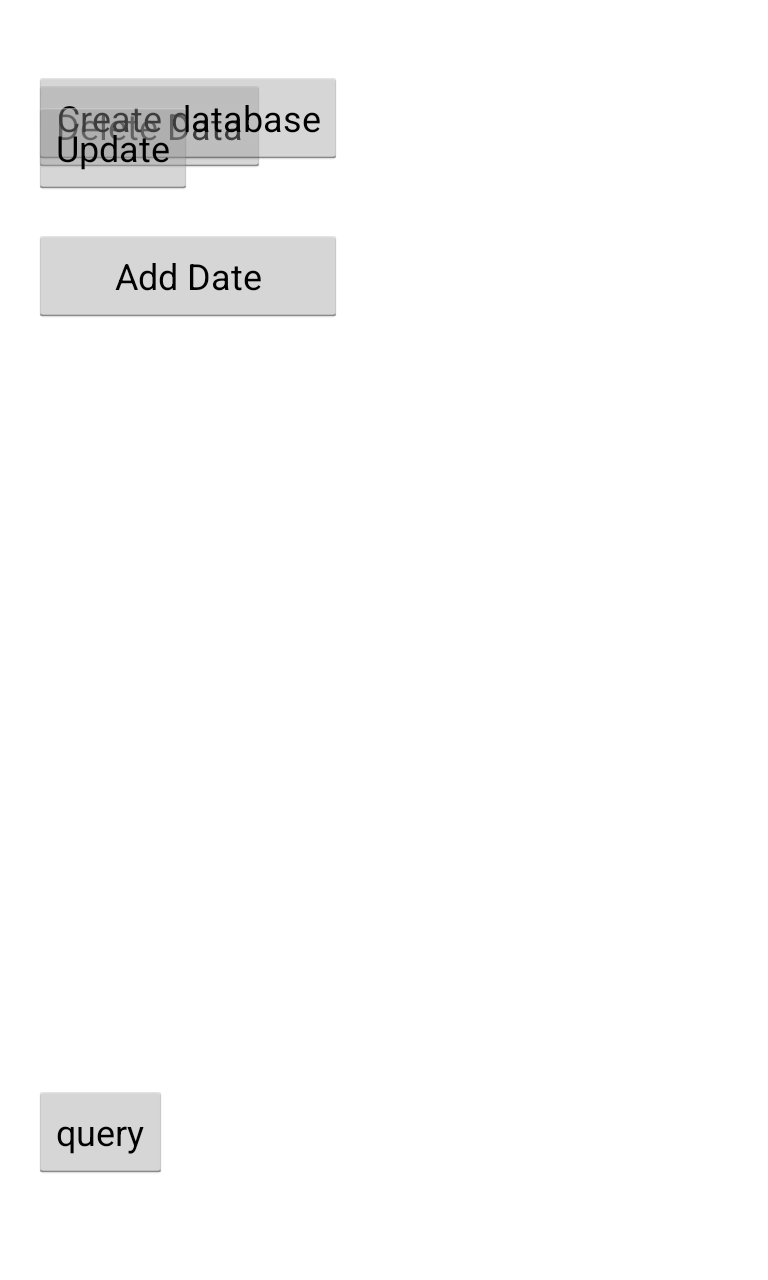
Repository: superlikex/Android_task
Layout: DatabaseTest/res/layout/activity_main.xml
These files come from the project's save history. The layout is drawn as it stood at one moment and after a run of saves; the edit follows.
It is drawn on a 768 x 1280 px phone screen (xhdpi) without system bars, with theme AppTheme; the app's code is not run.

Above is the layout before, as saved 2015-12-06 06:19:49.

### DatabaseTest/res/layout/activity_main.xml
<RelativeLayout xmlns:android="http://schemas.android.com/apk/res/android"
    xmlns:tools="http://schemas.android.com/tools"
    android:layout_width="match_parent"
    android:layout_height="match_parent"
    android:paddingBottom="@dimen/activity_vertical_margin"
    android:paddingLeft="@dimen/activity_horizontal_margin"
    android:paddingRight="@dimen/activity_horizontal_margin"
    android:paddingTop="@dimen/activity_vertical_margin"
    tools:context="com.example.databasetest.MainActivity" >


    <Button
        android:id="@+id/bt_add"
        android:layout_width="wrap_content"
        android:layout_height="wrap_content"
        android:layout_alignLeft="@+id/create_database"
        android:layout_alignRight="@+id/create_database"
        android:layout_below="@+id/create_database"
        android:layout_marginTop="31dp"
        android:text="Add Date" />

    <Button
        android:id="@+id/bt_delete"
        android:layout_width="wrap_content"
        android:layout_height="wrap_content"
        android:layout_alignLeft="@+id/add_data"
        android:layout_alignRight="@+id/add_data"
        android:layout_below="@+id/add_data"
        android:layout_marginTop="23dp"
        android:text="Delete Data" />

    <Button
        android:id="@+id/create_database"
        android:layout_width="wrap_content"
        android:layout_height="wrap_content"
        android:layout_alignLeft="@+id/textView1"
        android:layout_below="@+id/textView1"
        android:layout_marginTop="19dp"
        android:text="Create database" />

    <Button
        android:id="@+id/bt_update"
        android:layout_width="wrap_content"
        android:layout_height="wrap_content"
        android:layout_alignLeft="@+id/button1"
        android:layout_alignRight="@+id/button1"
        android:layout_below="@+id/button1"
        android:layout_marginTop="34dp"
        android:text="Update" />

    <Button
        android:id="@+id/bt_query"
        android:layout_width="wrap_content"
        android:layout_height="wrap_content"
        android:layout_alignLeft="@+id/button2"
        android:layout_alignParentBottom="true"
        android:layout_alignRight="@+id/button2"
        android:layout_marginBottom="34dp"
        android:text="query" />

</RelativeLayout>

Loaded but not shown: DatabaseTest/res/values/styles.xml (common file); DatabaseTest/res/values-v11/styles.xml (common file); DatabaseTest/res/values-v14/styles.xml (common file); DatabaseTest/res/values/dimens.xml (common file); DatabaseTest/res/values-w820dp/dimens.xml (common file)

After the next 2 saves:
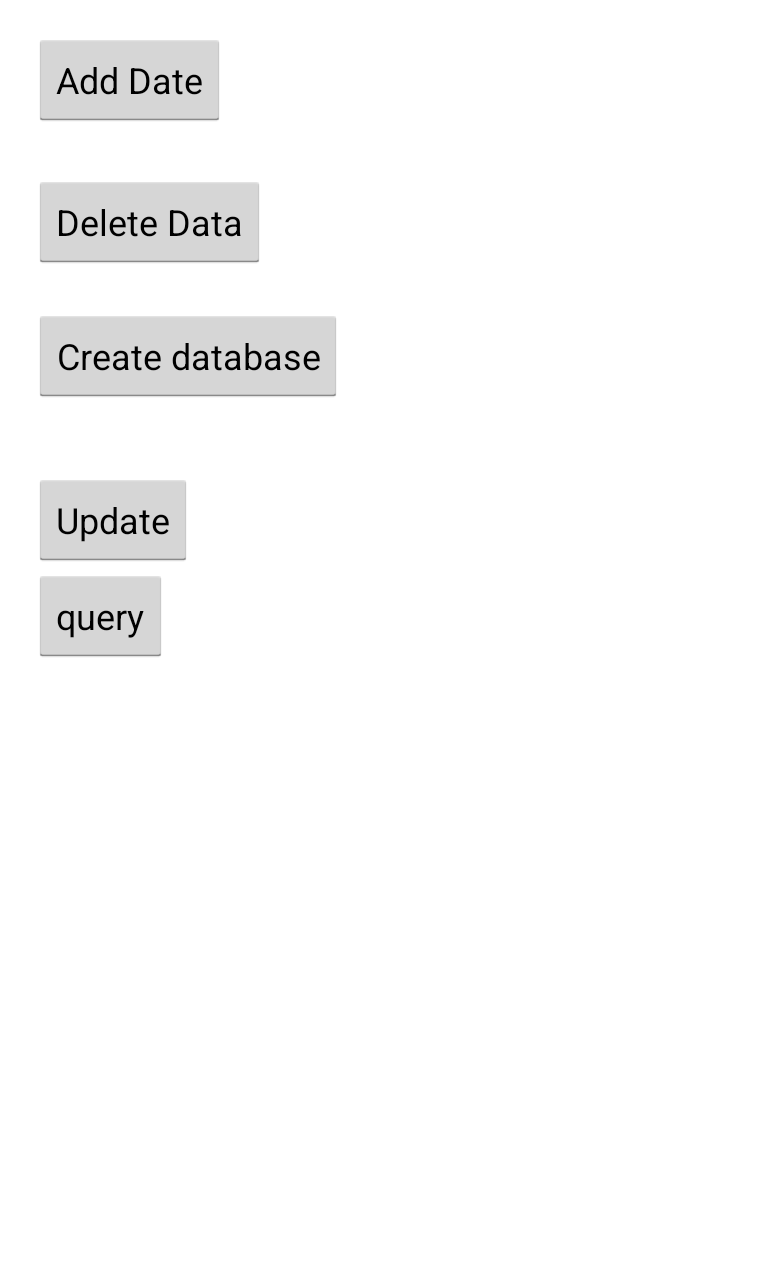
The 2 saves are shown as one change because 1 did not build or start.
The last was saved 92 s later.
--- a/DatabaseTest/res/layout/activity_main.xml
+++ b/DatabaseTest/res/layout/activity_main.xml
@@ -1,7 +1,8 @@
-<RelativeLayout xmlns:android="http://schemas.android.com/apk/res/android"
+<LinearLayout xmlns:android="http://schemas.android.com/apk/res/android"
     xmlns:tools="http://schemas.android.com/tools"
     android:layout_width="match_parent"
     android:layout_height="match_parent"
+    android:orientation="vertical"
     android:paddingBottom="@dimen/activity_vertical_margin"
     android:paddingLeft="@dimen/activity_horizontal_margin"
     android:paddingRight="@dimen/activity_horizontal_margin"
@@ -13,19 +14,15 @@
         android:id="@+id/bt_add"
         android:layout_width="wrap_content"
         android:layout_height="wrap_content"
-        android:layout_alignLeft="@+id/create_database"
-        android:layout_alignRight="@+id/create_database"
-        android:layout_below="@+id/create_database"
-        android:layout_marginTop="31dp"
+
+
         android:text="Add Date" />
 
     <Button
         android:id="@+id/bt_delete"
         android:layout_width="wrap_content"
         android:layout_height="wrap_content"
-        android:layout_alignLeft="@+id/add_data"
-        android:layout_alignRight="@+id/add_data"
-        android:layout_below="@+id/add_data"
+
         android:layout_marginTop="23dp"
         android:text="Delete Data" />
 
@@ -33,8 +30,7 @@
         android:id="@+id/create_database"
         android:layout_width="wrap_content"
         android:layout_height="wrap_content"
-        android:layout_alignLeft="@+id/textView1"
-        android:layout_below="@+id/textView1"
+
         android:layout_marginTop="19dp"
         android:text="Create database" />
 
@@ -42,9 +38,7 @@
         android:id="@+id/bt_update"
         android:layout_width="wrap_content"
         android:layout_height="wrap_content"
-        android:layout_alignLeft="@+id/button1"
-        android:layout_alignRight="@+id/button1"
-        android:layout_below="@+id/button1"
+
         android:layout_marginTop="34dp"
         android:text="Update" />
 
@@ -52,10 +46,8 @@
         android:id="@+id/bt_query"
         android:layout_width="wrap_content"
         android:layout_height="wrap_content"
-        android:layout_alignLeft="@+id/button2"
-        android:layout_alignParentBottom="true"
-        android:layout_alignRight="@+id/button2"
+
         android:layout_marginBottom="34dp"
         android:text="query" />
 
-</RelativeLayout>
+</LinearLayout>
